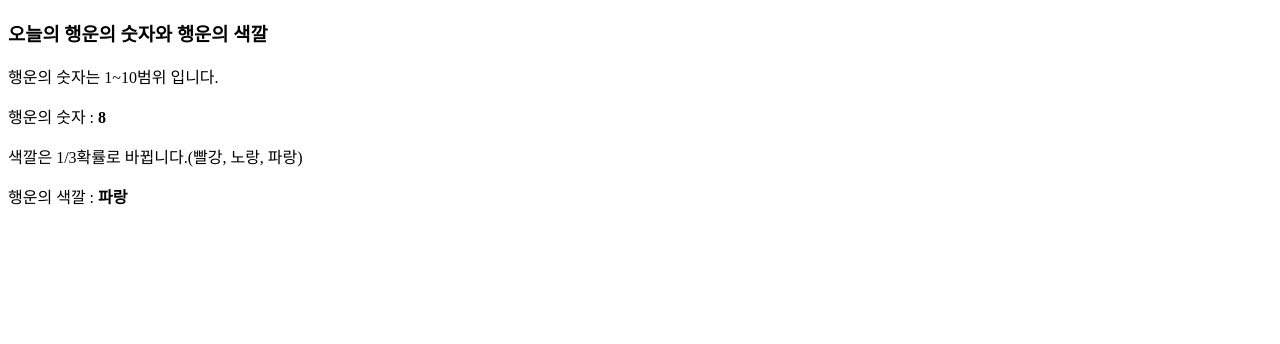
Repository: eyonghwan/jsp_practice
Page: http://localhost/JSPBasic/JspTag/TagQ01.jsp
These files come from the project's save history. The page is drawn as it stood at one moment and after a run of saves; the edit follows.
The browser window is 1280 px wide. The pictures show the whole page.
The page is served by Tomcat 9.

Above is the page before, as saved 2022-01-28 06:15:17.

### JSPBasic/src/main/webapp/JspTag/TagQ01.jsp
<%@ page language="java" contentType="text/html; charset=UTF-8"
    pageEncoding="UTF-8"%>
<!DOCTYPE html>
<html>
<head>
<meta charset="UTF-8">
<title>Insert title here</title>
</head>
<body>
<%!
	// Declaration 내부에
	// 1~10 범위의 난수를 리턴하는 메서드
	// int randomNumber() 를 선언해주세요.
	int randomNumber() {
		// 정수 1~10까지 발생시켜서 리턴하도록 로직 작성
		int rannum = (int)(Math.random() * 10) + 1;
		return 	rannum;
	}

	String randomcolor() {
		int rannum = (int)(Math.random() * 3);
		String luckcolor = "노랑";
		switch(rannum) {
			case 0:
				luckcolor="빨강";
				break;
			case 1:
				luckcolor="노랑";
				break;
			case 2:
				luckcolor="파랑";
				break;
			};
			return luckcolor;
	}

	// declaration에 선언한 변수는 서버를 끄기 전까지는 값이 누적됩니다.
	public int total=0;

%>
	<h3>오늘의 행운의 숫자와 행운의 색깔</h3>
	<p>행운의 숫자는 1~10범위 입니다.</p>
	<p>행운의 숫자 : <b><%= randomNumber() %></b></p>
	<p>색깔은 1/3확률로 바뀝니다.(빨강, 노랑, 파랑)</p>
	<p>행운의 색깔 : <b><%= randomcolor() %></b></p>
</body>
</html>

After the next 2 saves:
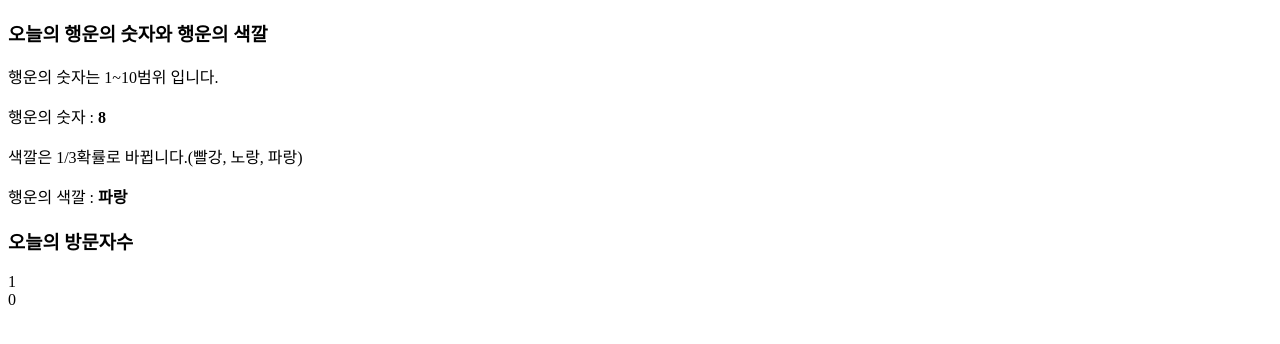
The 2 saves are shown as one change because 1 did not build or start.
The last was saved 2 min 22 s later.
--- a/JSPBasic/src/main/webapp/JspTag/TagQ01.jsp
+++ b/JSPBasic/src/main/webapp/JspTag/TagQ01.jsp
@@ -43,5 +43,12 @@
 	<p>행운의 숫자 : <b><%= randomNumber() %></b></p>
 	<p>색깔은 1/3확률로 바뀝니다.(빨강, 노랑, 파랑)</p>
 	<p>행운의 색깔 : <b><%= randomcolor() %></b></p>
+	<h3>오늘의 방문자수</h3>
+	<%
+		out.println(++total);
+		// scriptlet 내부에 선언한 변수는 접속시마다 초기화됩니다.
+		int currentNum = 0;
+		out.println("<br/>" + currentNum);
+	%>
 </body>
 </html>
